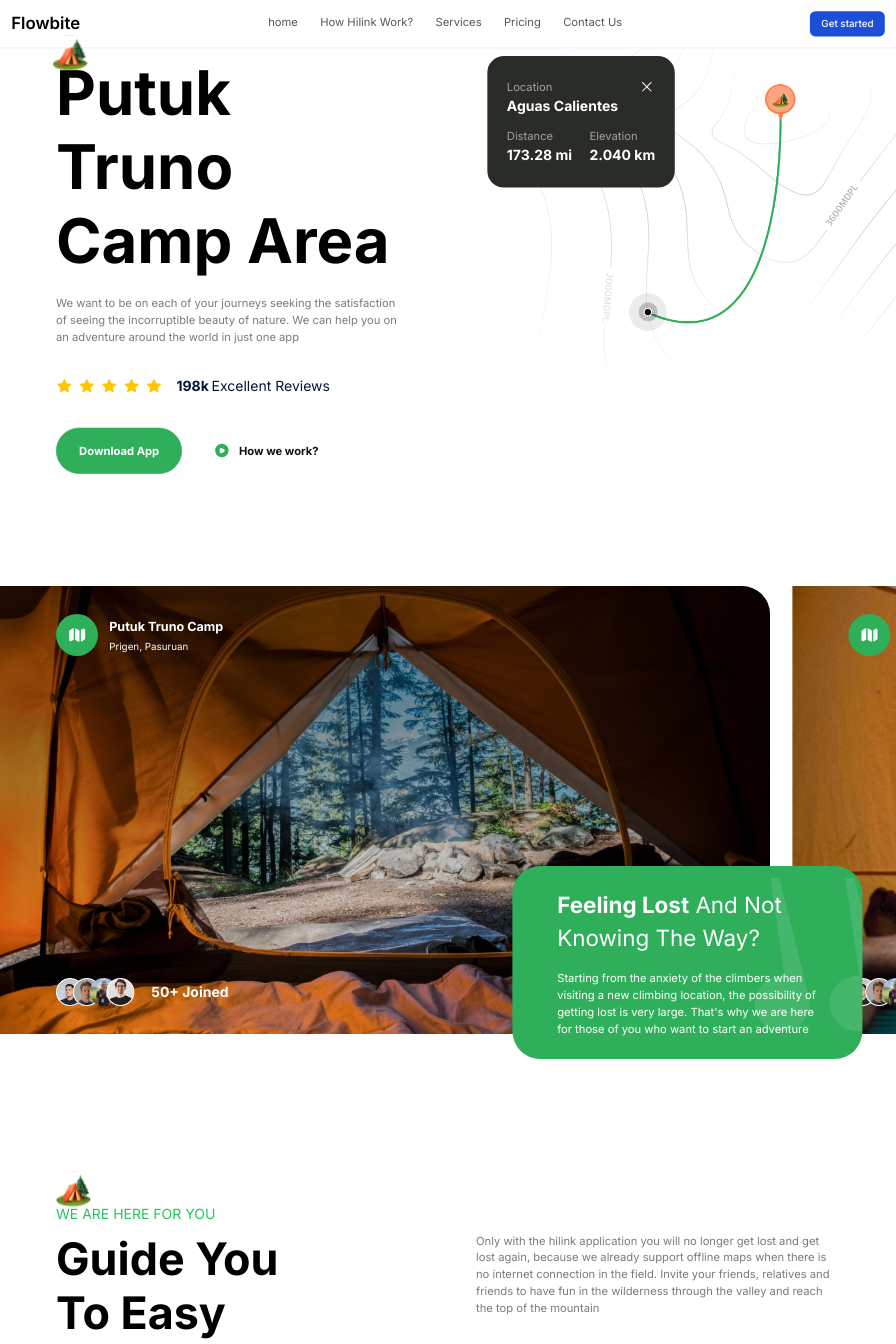
Repository: abdulrahmanmahmood/Travel-App
Page: /
These files come from the project's save history. The page is drawn as it stood at one moment and after the next save; the edit follows.
The browser window is 1280 px wide. The pictures show the part of the page from y = 0 to 1920 px (the page is 4857 px tall), at 70% of full size.
The project was rebuilt for these pictures with package versions that can differ from the ones it lists, and the page was loaded fresh each time. The framework's server and built-in components were replaced by stand-ins that run in the browser. Also part of the build but not shown: next.config.js.

Above is the page before, as saved 2023-11-10 12:32:36.

After the next save:
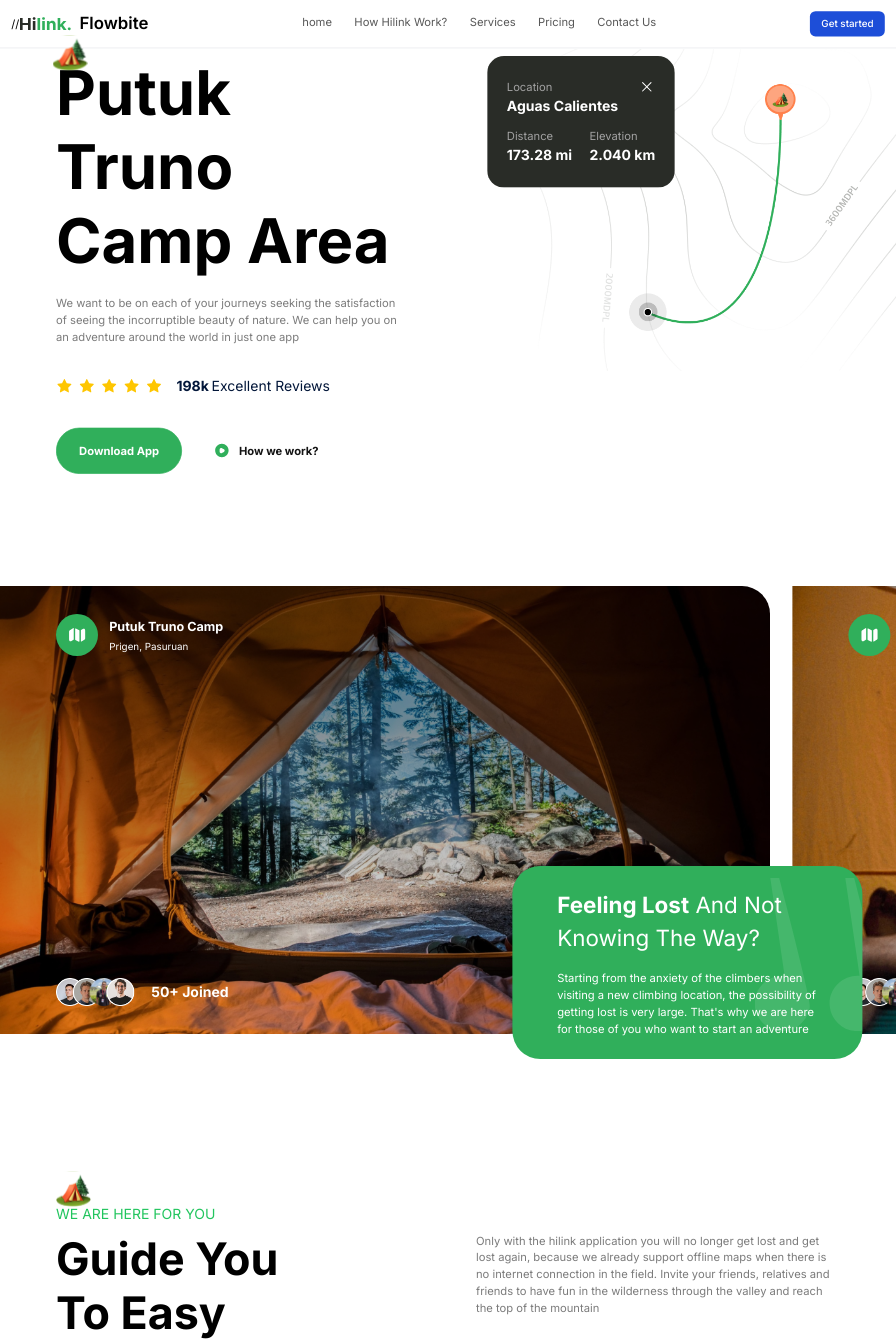
Saved 34 s later.
--- a/components/Navbar.tsx
+++ b/components/Navbar.tsx
@@ -7,7 +7,7 @@ const Navbar = () => {
   return (<nav className="bg-white dark:bg-gray-900 fixed w-full z-20 top-0 start-0 border-b border-gray-200 dark:border-gray-600">
   <div className="max-w-screen-xl flex flex-wrap items-center justify-between mx-auto p-4">
   <a href="https://flowbite.com/" className="flex items-center space-x-3 rtl:space-x-reverse">
-      {/* <img src="https://flowbite.com/docs/images/logo.svg" className="h-8" alt="Flowbite Logo"> */}
+  //     <Image src="/hilink-logo.svg" alt="logo" width={74} height={28} />
       <span className="self-center text-2xl font-semibold whitespace-nowrap dark:text-white">Flowbite</span>
   </a>
   <div className="flex md:order-2 space-x-3 md:space-x-0 rtl:space-x-reverse">
